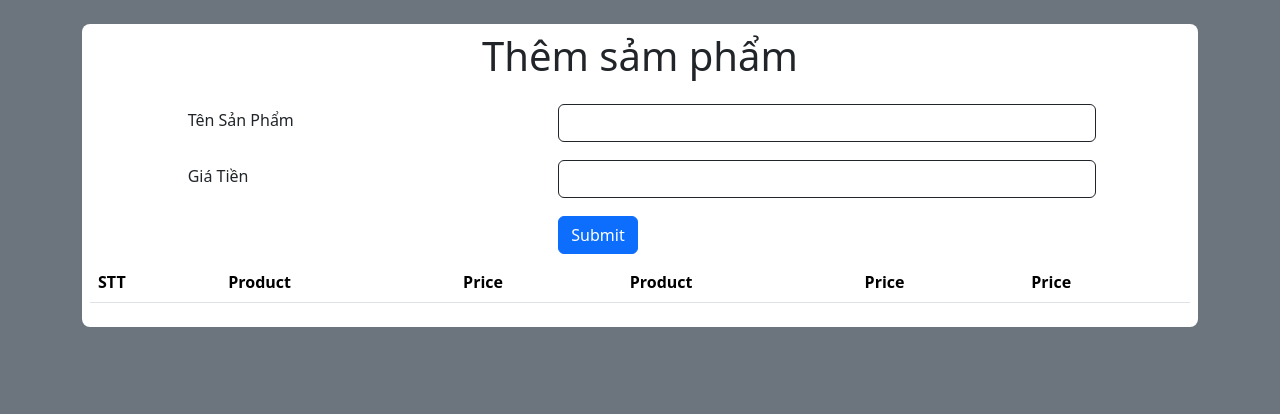
Repository: HT-35/iuh
Page: thi GK/index.html
These files come from the project's save history. The page is drawn as it stood at one moment and after the next save; the edit follows.
The browser window is 1280 px wide. The pictures show the whole page.

Above is the page before, as saved 2024-03-27 18:34:25.

After the next save:
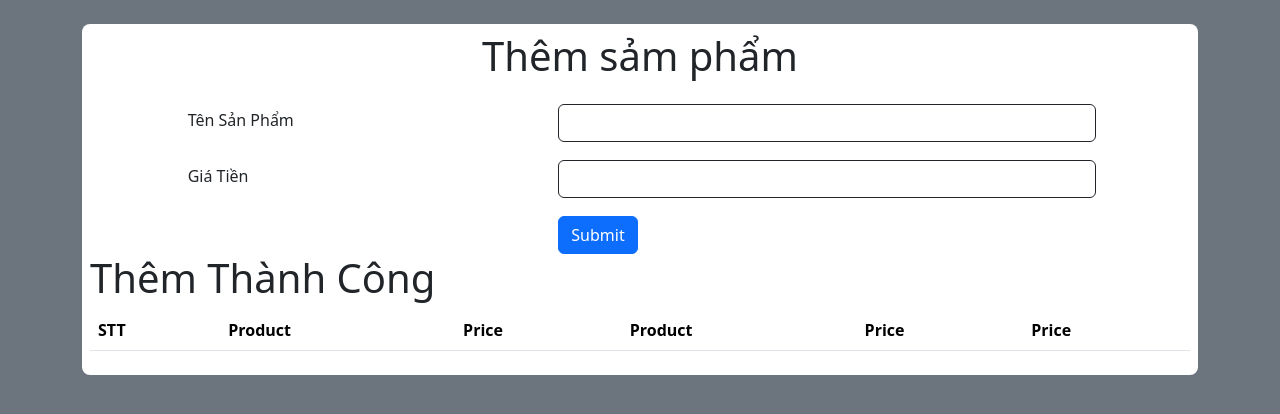
Saved 14 s later.
--- a/thi GK/index.html
+++ b/thi GK/index.html
@@ -59,7 +59,7 @@
 
           </div>
           <div class="table-responsive">
-            <h1></h1>
+            <h1>Thêm Thành Công </h1>
             <table class="table">
               <thead>
                 <tr>
